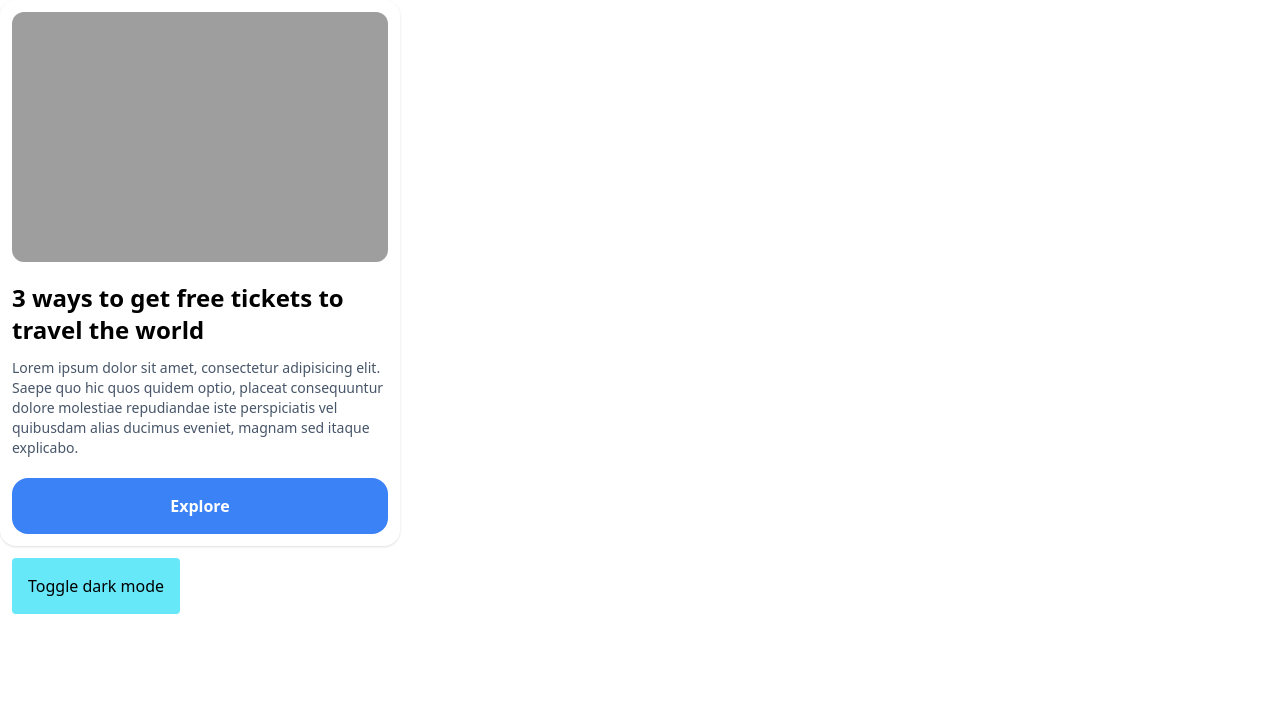
Repository: vophuocthanh/redux
Page: /
These files come from the project's save history. The page is drawn as it stood at one moment and after the next save; the edit follows.
The browser window is 1280 px wide. The pictures show the whole page.
Pictures or frames that could not be fetched are drawn as grey boxes. The project was rebuilt for these pictures with package versions that can differ from the ones it lists, and the page was loaded fresh each time. Also part of the build but not shown: src/App.css.

Above is the page before, as saved 2023-03-09 00:35:08.

### src/index.js
import React from "react";
import { createRoot } from "react-dom/client";
import App from "./App";
import reportWebVitals from "./reportWebVitals";
import "./index.css";
import { Provider } from "react-redux";
import store from "./redux-toolkit/configureStore";

const container = document.getElementById("root");
const root = createRoot(container);

root.render(
  <Provider store={store}>
    <App />
  </Provider>
);

// If you want to start measuring performance in your app, pass a function
// to log results (for example: reportWebVitals(console.log))
// or send to an analytics endpoint. Learn more: https://bit.ly/CRA-vitals
reportWebVitals();

### src/App.js
import React, { useEffect } from "react";
import { useDispatch, useSelector } from "react-redux";
import "./App.css";
import Card from "./components/Card";
import useDarkMode from "./hooks/useDarkMode";
import { toggleDarkMode } from "./redux-toolkit/globalSlice";

function App() {
  const globalOptions = useSelector((state) => state.global);
  console.log("App ~ globalOptions:", globalOptions);
  // const dispatch = useDispatch();
  // const [darkMode, setDarkMode] = useDarkMode();
  // useEffect(() => {
  //   dispatch(toggleDarkMode(darkMode));
  //   // eslint-disable-next-line react-hooks/exhaustive-deps
  // }, []);
  // const handleToggleDarkMode = () => {
  //   setDarkMode(!darkMode);
  //   dispatch(toggleDarkMode(!darkMode));
  // };
  return (
    <div>
      <Card></Card>
      <SwitchDarkMode></SwitchDarkMode>
    </div>
  );
}

function SwitchDarkMode() {
  const dispatch = useDispatch();
  const [darkMode, setDarkMode] = useDarkMode();
  useEffect(() => {
    dispatch(toggleDarkMode(darkMode));
    // eslint-disable-next-line react-hooks/exhaustive-deps
  }, []);
  const handleToggleDarkMode = () => {
    setDarkMode(!darkMode);
    dispatch(toggleDarkMode(!darkMode));
  };
  return (
    <button
      className="p-4 m-3 rounded bg-cyan-300"
      onClick={handleToggleDarkMode}
    >
      Toggle dark mode
    </button>
  );
}

export default App;

### src/redux-toolkit/configureStore.js
import { configureStore, combineReducers } from "@reduxjs/toolkit";
import counterSlice from "./counterSlice";
import globalSlice from "./globalSlice";

const reducer = combineReducers({
  counter: counterSlice,
  global: globalSlice,
});

const store = configureStore({
  reducer,
});

export default store;

### src/components/Card.js
import React from "react";

const Card = () => {
  return (
    <div className="w-[400px] bg-white p-3 rounded-2xl shadow dark:bg-slate-900">
      <div className="card-image h-[250px] mb-5">
        <img
          src="https://cdn.dribbble.com/users/2400293/screenshots/16378193/media/e9ad5ebe9dd6822be9ee622c7465d9e5.png?compress=1&resize=1200x900&vertical=top"
          alt=""
          className="object-cover w-full h-full rounded-xl"
        />
      </div>
      <div className="card-content">
        <h3 className="mb-3 text-2xl font-bold card-title dark:text-white">
          3 ways to get free tickets to travel the world
        </h3>
        <p className="mb-5 text-sm text-slate-600 card-desc dark:text-slate-100">
          Lorem ipsum dolor sit amet, consectetur adipisicing elit. Saepe quo
          hic quos quidem optio, placeat consequuntur dolore molestiae
          repudiandae iste perspiciatis vel quibusdam alias ducimus eveniet,
          magnam sed itaque explicabo.
        </p>
        <a
          href="/#"
          className="block p-4 font-semibold text-center text-white bg-blue-500 card-details rounded-2xl"
        >
          Explore
        </a>
      </div>
    </div>
  );
};

export default Card;

### src/hooks/useDarkMode.js
import { useEffect } from "react";
import useLocalStorage from "./useLocalStorage";
import useMedia from "./useMedia";

export default function useDarkMode() {
  // Use our useLocalStorage hook to persist state through a page refresh.
  // Read the recipe for this hook to learn more: usehooks.com/useLocalStorage
  const [enabledState, setEnabledState] = useLocalStorage("dark-mode-enabled");
  // See if user has set a browser or OS preference for dark mode.
  // The usePrefersDarkMode hook composes a useMedia hook (see code below).
  // const prefersDarkMode = usePrefersDarkMode();
  // If enabledState is defined use it, otherwise fallback to prefersDarkMode.
  // This allows user to override OS level setting on our website.
  const enabled = typeof enabledState !== "undefined" ? enabledState : false;
  // Fire off effect that add/removes dark mode class
  useEffect(
    () => {
      const className = "dark";
      const element = window.document.documentElement;
      if (enabled) {
        element.classList.add(className);
      } else {
        element.classList.remove(className);
      }
    },
    [enabled] // Only re-call effect when value changes
  );
  // Return enabled state and setter
  return [enabled, setEnabledState];
}
// Compose our useMedia hook to detect dark mode preference.
// The API for useMedia looks a bit weird, but that's because ...
// ... it was designed to support multiple media queries and return values.
// Thanks to hook composition we can hide away that extra complexity!
// Read the recipe for useMedia to learn more: usehooks.com/useMedia
function usePrefersDarkMode() {
  return useMedia(["(prefers-color-scheme: dark)"], [true], false);
}

### src/redux-toolkit/globalSlice.js
import { createSlice } from "@reduxjs/toolkit";

const globalSlice = createSlice({
  name: "global",
  initialState: {
    darkMode: false,
  },
  reducers: {
    toggleDarkMode: (state, { payload }) => {
      return {
        ...state,
        darkMode: payload,
      };
    },
  },
});
export const { toggleDarkMode } = globalSlice.actions;
export default globalSlice.reducer;

### src/redux-toolkit/counterSlice.js
import { createSlice } from "@reduxjs/toolkit";

const counterSlice = createSlice({
  name: "counter",
  initialState: {
    count: 0,
  },
  reducers: {
    increment: (state) => ({
      ...state,
      count: state.count + 1,
    }),
    decrement: (state) => ({
      ...state,
      count: state.count - 1,
    }),
    incrementByValue: (state, { payload }) => {
      return {
        ...state,
        count: state.count + payload.value,
      };
    },
  },
});
export const { increment, decrement, incrementByValue } = counterSlice.actions;
export default counterSlice.reducer;

### src/hooks/useLocalStorage.js
import { useState } from "react";

export default function useLocalStorage(key, initialValue) {
  // State to store our value
  // Pass initial state function to useState so logic is only executed once
  const [storedValue, setStoredValue] = useState(() => {
    if (typeof window === "undefined") {
      return initialValue;
    }
    try {
      // Get from local storage by key
      const item = window.localStorage.getItem(key);
      // Parse stored json or if none return initialValue
      return item ? JSON.parse(item) : initialValue;
    } catch (error) {
      // If error also return initialValue
      console.log(error);
      return initialValue;
    }
  });
  // Return a wrapped version of useState's setter function that ...
  // ... persists the new value to localStorage.
  const setValue = (value) => {
    try {
      // Allow value to be a function so we have same API as useState
      const valueToStore =
        value instanceof Function ? value(storedValue) : value;
      // Save state
      setStoredValue(valueToStore);
      // Save to local storage
      if (typeof window !== "undefined") {
        window.localStorage.setItem(key, JSON.stringify(valueToStore));
      }
    } catch (error) {
      // A more advanced implementation would handle the error case
      console.log(error);
    }
  };
  return [storedValue, setValue];
}

### src/hooks/useMedia.js
import { useEffect, useState } from "react";

export default function useMedia(queries, values, defaultValue) {
  // Array containing a media query list for each query
  const mediaQueryLists = queries.map((q) => window.matchMedia(q));
  // Function that gets value based on matching media query
  const getValue = () => {
    // Get index of first media query that matches
    const index = mediaQueryLists.findIndex((mql) => mql.matches);
    // Return related value or defaultValue if none
    return typeof values[index] !== "undefined" ? values[index] : defaultValue;
  };
  // State and setter for matched value
  const [value, setValue] = useState(getValue);
  useEffect(
    () => {
      // Event listener callback
      // Note: By defining getValue outside of useEffect we ensure that it has ...
      // ... current values of hook args (as this hook callback is created once on mount).
      const handler = () => setValue(getValue);
      // Set a listener for each media query with above handler as callback.
      mediaQueryLists.forEach((mql) => mql.addListener(handler));
      // Remove listeners on cleanup
      return () =>
        mediaQueryLists.forEach((mql) => mql.removeListener(handler));
    },
    [] // Empty array ensures effect is only run on mount and unmount
  );
  return value;
}

### src/components/Counter.js
import React from "react";
import { useDispatch, useSelector } from "react-redux";
import {
  decrement,
  increment,
  incrementByValue,
} from "../redux-toolkit/counterSlice";
// import { decrement, increment, incrementByValue } from "../redux/counter";

const Counter = () => {
  const count = useSelector((state) => state.counter.count);
  const dispatch = useDispatch();
  const handleIncrement = () => {
    dispatch(increment());
  };
  const handleDecrement = () => {
    dispatch(decrement());
  };
  const handleIncrementByValue = () => {
    dispatch(incrementByValue({ value: 10 }));
  };

  return (
    <div className="flex flex-col items-center p-5 bg-white shadow w-[400px] mx-auto mt-10">
      <h2 className="mb-5">Count: {count}</h2>
      <div className="flex justify-center items-center gap-x-5">
        <button
          className="inline-block p-2 border border-gray-200"
          onClick={handleIncrement}
        >
          Increment
        </button>
        <button
          className="inline-block p-2 border border-gray-200"
          onClick={handleDecrement}
        >
          Decrement
        </button>
        <button
          className="inline-block p-2 border border-gray-200"
          onClick={handleIncrementByValue}
        >
          Increase by 10
        </button>
      </div>
    </div>
  );
};

export default Counter;

Loaded but not shown: public/index.html (common file); src/reportWebVitals.js (common file); src/index.css (common file); tailwind.config.js (common file)

After the next save:
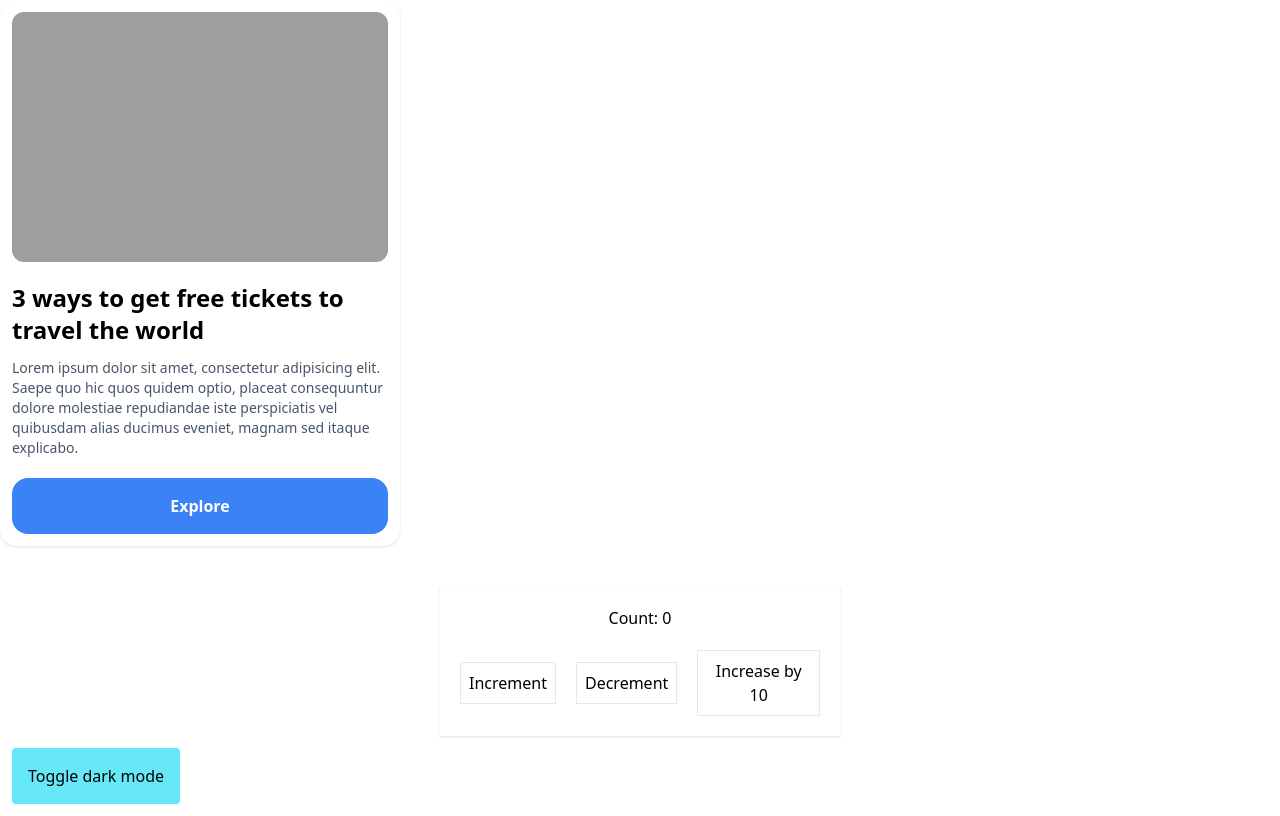
Saved 71 s later.
--- a/src/App.js
+++ b/src/App.js
@@ -2,6 +2,7 @@ import React, { useEffect } from "react";
 import { useDispatch, useSelector } from "react-redux";
 import "./App.css";
 import Card from "./components/Card";
+import Counter from "./components/Counter";
 import useDarkMode from "./hooks/useDarkMode";
 import { toggleDarkMode } from "./redux-toolkit/globalSlice";
 
@@ -21,6 +22,7 @@ function App() {
   return (
     <div>
       <Card></Card>
+      <Counter></Counter>
       <SwitchDarkMode></SwitchDarkMode>
     </div>
   );
